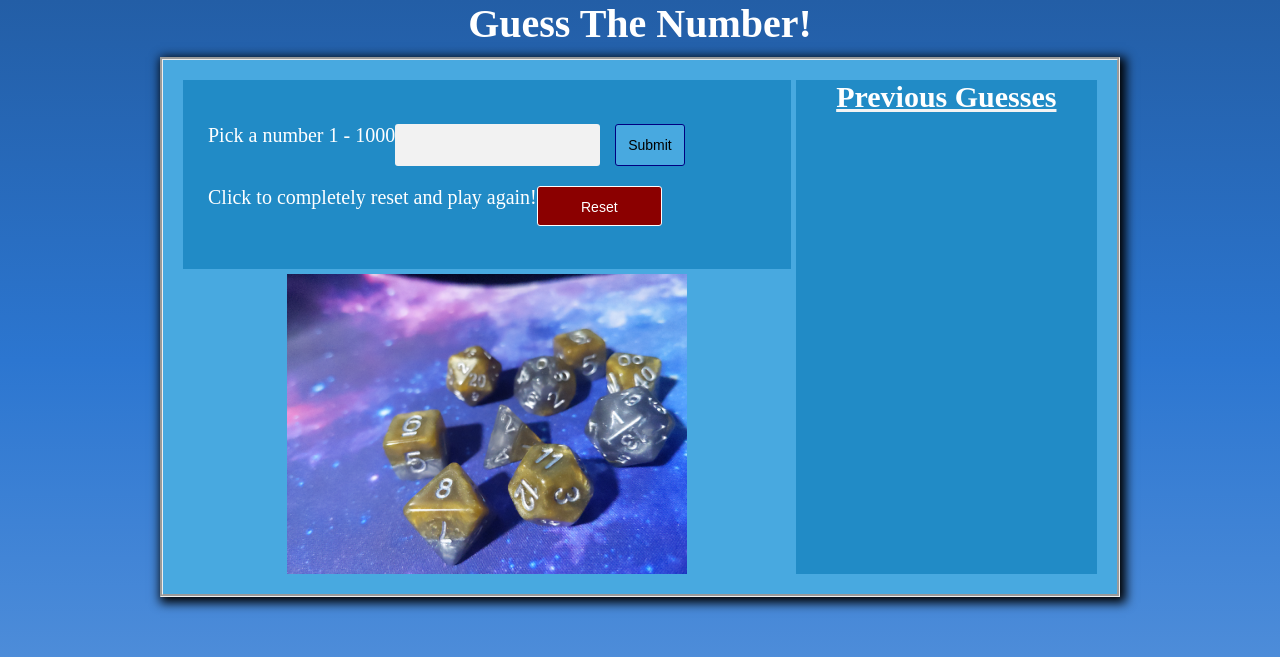
Repository: mlmEFSC21/P15-Modified-Guessing-Game
Page: guess.html
These files come from the project's save history. The page is drawn as it stood at one moment and after the next save; the edit follows.
The browser window is 1280 px wide. The pictures show the whole page.

Above is the page before, as saved 2022-03-23 18:32:13.

After the next save:
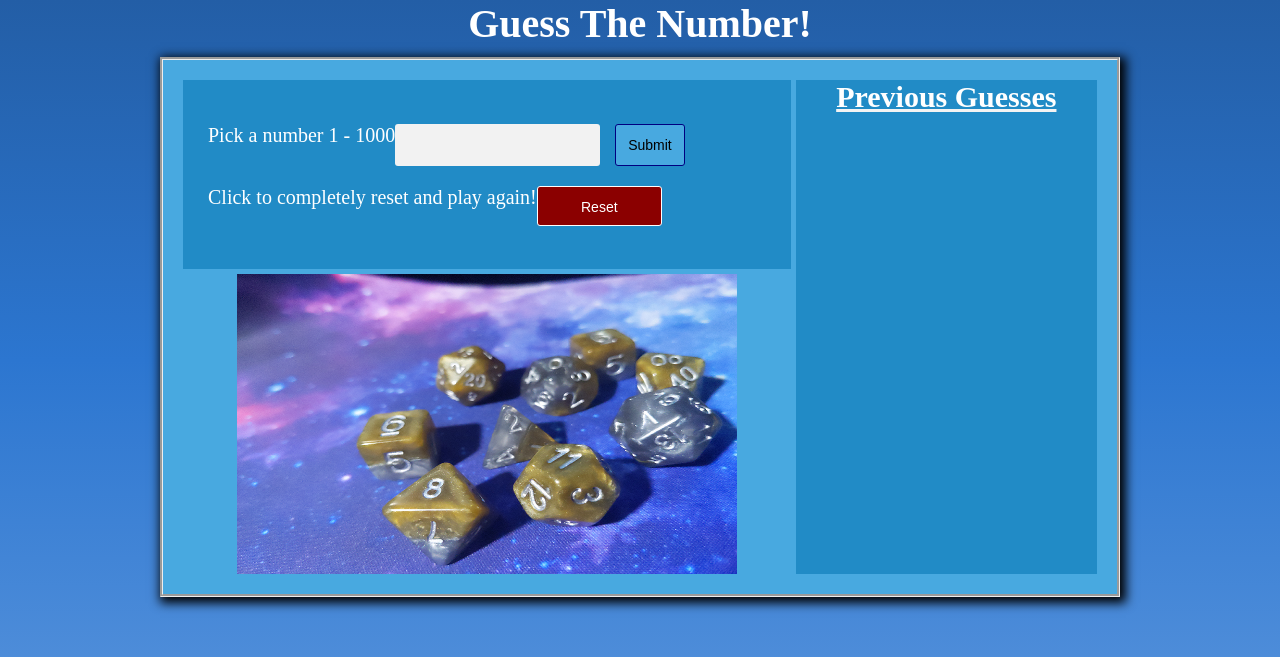
Saved 33 s later.
--- a/guess.css
+++ b/guess.css
@@ -77,7 +77,7 @@ input {
     font-size: 14px;
 }
 img {
-    width: 400px;
+    width: 500px;
     height: 300px;
     grid-column: 1 / 3;
     grid-row: 3 / 5;
